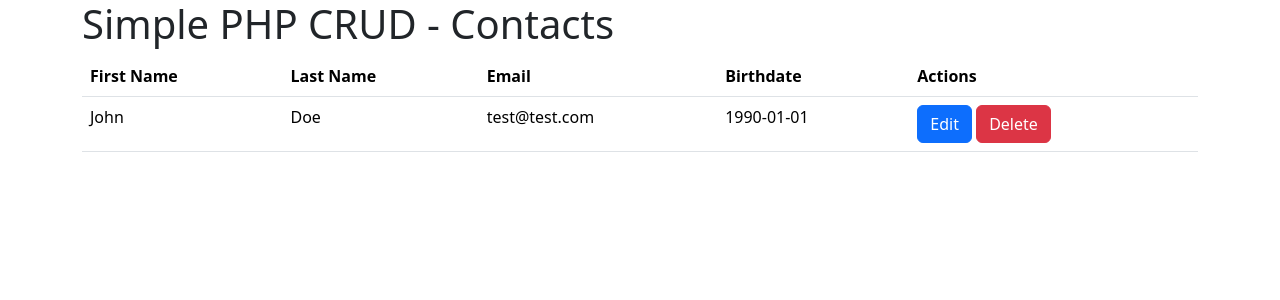
Repository: mennaabdelelhady/PHP-CRUD
Page: http://localhost/
An editor plug-in stored every save of this project. The page is shown before and after the next save, followed by the edit.
The browser window is 1280 px wide. The pictures show the whole page.
The page is run by PHP 8.4 with error messages shown; the project is at /var/www/html/.

Above is the page before, as saved 2024-12-30 02:07:45.

After the next save:
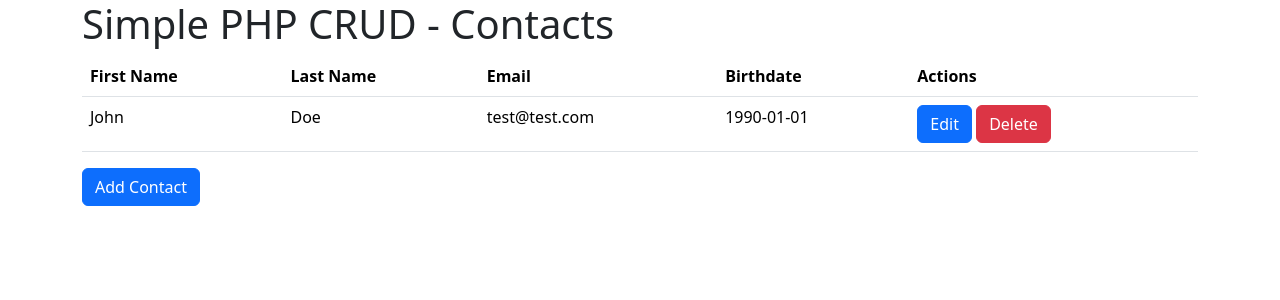
Saved 94 s later.
--- a/public/index.php
+++ b/public/index.php
@@ -36,5 +36,6 @@ $title ="Simple PHP CRUD - Contacts";
                 </td>
         </tbody>
     </table>
+    <a href="#" class="btn btn-primary">Add Contact</a>
 </body>
 </html>
